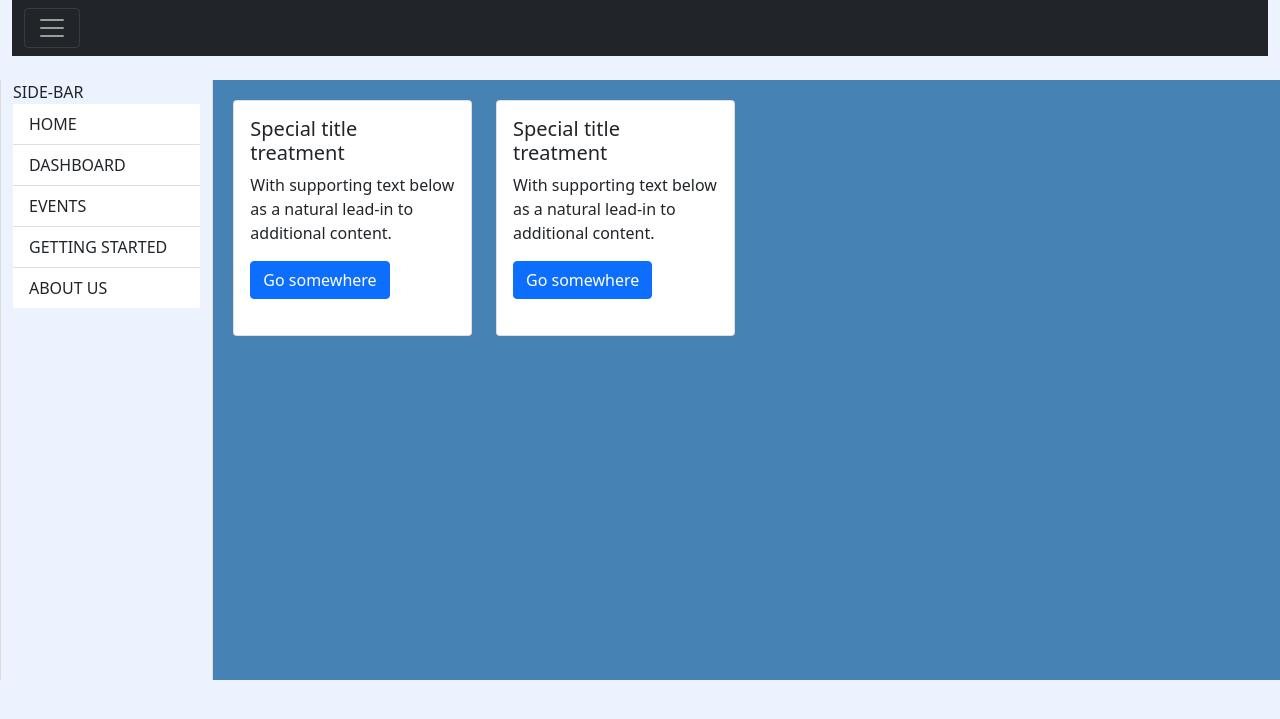
Repository: Dayvid0/BOOTSTRAP-TUTORIALS
Page: cosmos.example.html
The author's editor kept a copy of each file at every save. The page is drawn from the files as they stood at one save, then again after the next save.
The browser window is 1280 px wide. The pictures show the whole page.

Above is the page before, as saved 2025-01-29 09:51:29.

After the next save:
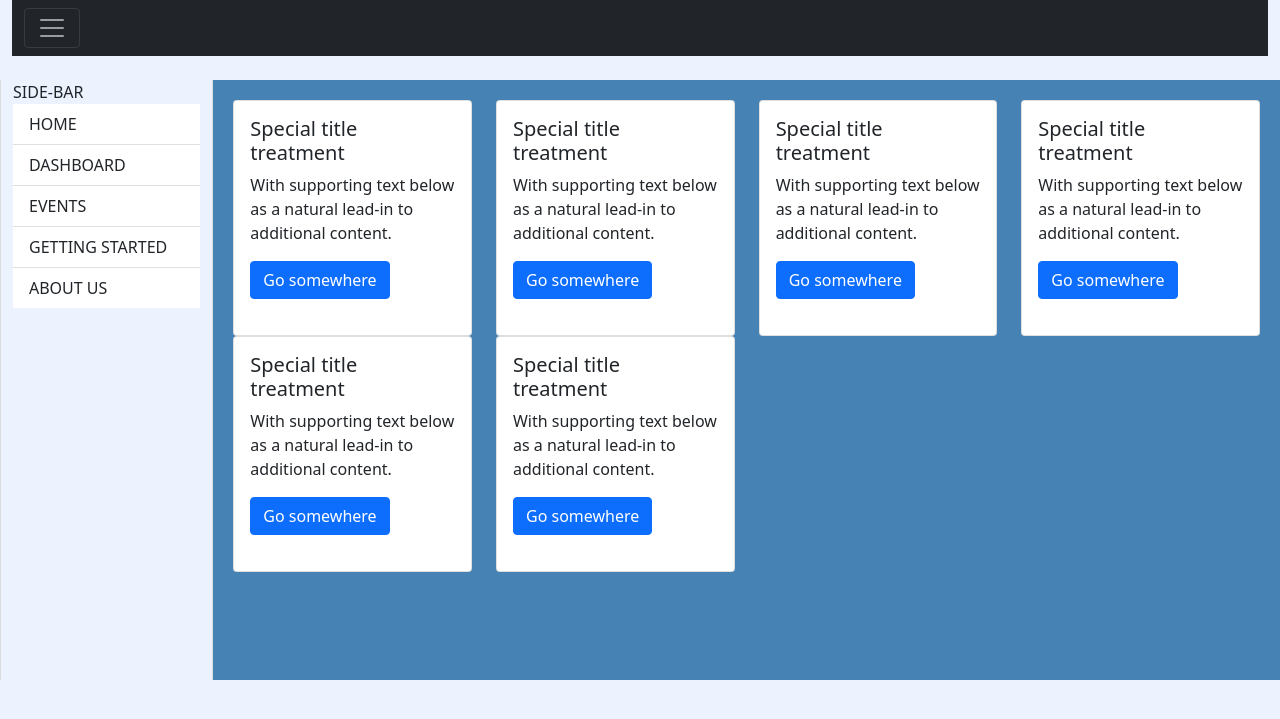
Saved 2 min 32 s later.
--- a/cosmos.example.html
+++ b/cosmos.example.html
@@ -81,6 +81,47 @@
               </div>
             </div>
             <!-- You can add more cards here following the same structure -->
+             <!--CARD 3-->
+             <div class="col-md-4 col-lg-3 col-sm-6">
+              <div class="card">
+                <div class="card-body">
+                  <h5 class="card-title">Special title treatment</h5>
+                  <p class="card-text">With supporting text below as a natural lead-in to additional content.</p>
+                  <a href="#" class="btn btn-primary">Go somewhere</a>
+                </div>
+              </div>
+            </div>
+             <!--CARD 4-->
+             <div class="col-md-4 col-lg-3 col-sm-6">
+              <div class="card">
+                <div class="card-body">
+                  <h5 class="card-title">Special title treatment</h5>
+                  <p class="card-text">With supporting text below as a natural lead-in to additional content.</p>
+                  <a href="#" class="btn btn-primary">Go somewhere</a>
+                </div>
+              </div>
+            </div>
+             <!--CARD 5-->
+             <div class="col-md-4 col-lg-3 col-sm-6">
+              <div class="card">
+                <div class="card-body">
+                  <h5 class="card-title">Special title treatment</h5>
+                  <p class="card-text">With supporting text below as a natural lead-in to additional content.</p>
+                  <a href="#" class="btn btn-primary">Go somewhere</a>
+                </div>
+              </div>
+            </div>
+             <!--CARD 6-->
+             <div class="col-md-4 col-lg-3 col-sm-6">
+              <div class="card">
+                <div class="card-body">
+                  <h5 class="card-title">Special title treatment</h5>
+                  <p class="card-text">With supporting text below as a natural lead-in to additional content.</p>
+                  <a href="#" class="btn btn-primary">Go somewhere</a>
+                </div>
+              </div>
+            </div>
+            <!--END OF CARDS-->
           </div>
         </div>
       </div>
